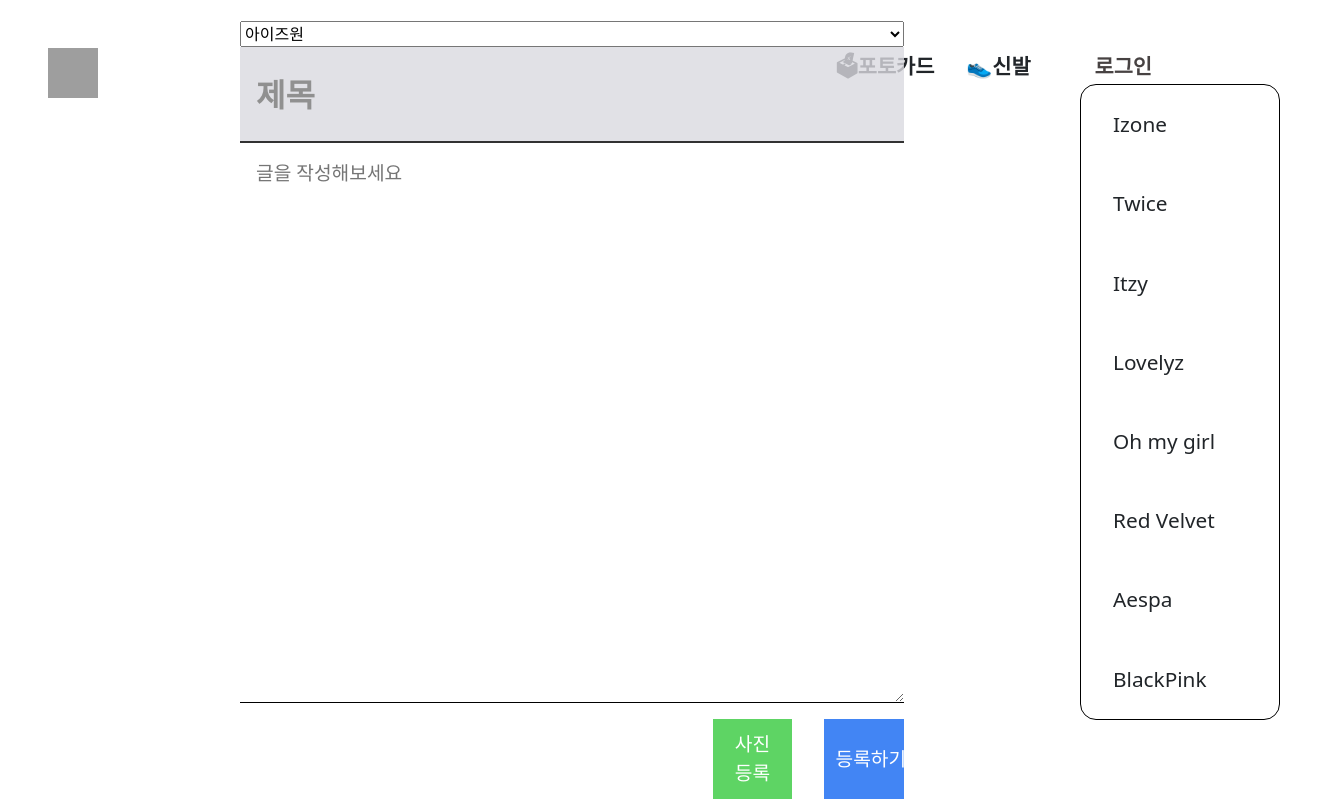
Repository: hwangstar156/goods-trader
Page: /write
An editor plug-in stored every save of this project. The page is shown before and after the next save, followed by the edit.
The browser window is 1280 px wide. The page is 1328 px wide, so the pictures cover 1328 px, including what lies to the right of the window. The pictures show the whole page.
Pictures or frames that could not be fetched are drawn as grey boxes. Some web libraries are served in a nearby version. The project was rebuilt for these pictures with package versions that can differ from the ones it lists, and the page was loaded fresh each time. Also part of the build but not shown: src/App.css, src/component/sign-up/sign-up.component.jsx, src/component/sign-in/sign-in.styles.scss, src/component/sign-in/sign-in.component.jsx, src/component/with-spinner/withSpinner.styles.scss, src/component/with-spinner/withSpinner.component.jsx, src/pages/userprofile/userprofile.styles.scss, src/pages/userprofile/userprofile.utils.js and 7 more.

Above is the page before, as saved 2021-09-05 17:16:05.

### public/index.html
<!DOCTYPE html>
<html lang="en">
  <head>
    <meta charset="utf-8" />
    <link rel="icon" href="%PUBLIC_URL%/favicon.ico" />
    <meta name="viewport" content="width=device-width, initial-scale=1" />
    <meta name="theme-color" content="#000000" />
    <meta
      name="description"
      content="Web site created using create-react-app"
    />
    <link rel="apple-touch-icon" href="%PUBLIC_URL%/logo192.png" />

    <link rel="manifest" href="%PUBLIC_URL%/manifest.json" />
    <script src="https://kit.fontawesome.com/08c91e1c0e.js" crossorigin="anonymous"></script>
    <title>Goods trader</title>
  </head>
  <body>
    <div id="root"></div>
  </body>
</html>

### src/index.js
import React from "react";
import ReactDOM from "react-dom";
import "./index.css";
import App from "./App";
import reportWebVitals from "./reportWebVitals";
import { BrowserRouter } from "react-router-dom";
import { PersistGate } from "redux-persist/integration/react";
import { store, persistor } from "./redux/store";
import { Provider } from "react-redux";
import "bootstrap/dist/css/bootstrap.min.css";
ReactDOM.render(
  <Provider store={store}>
    <BrowserRouter>
      <PersistGate persistor={persistor}>
        <App />
      </PersistGate>
    </BrowserRouter>
  </Provider>,

  document.getElementById("root")
);

// If you want to start measuring performance in your app, pass a function
// to log results (for example: reportWebVitals(console.log))
// or send to an analytics endpoint. Learn more: https://bit.ly/CRA-vitals
reportWebVitals();

### src/App.js
import "./App.css";
import { Switch, Route, Redirect } from "react-router-dom";
import SignUpPage from "./component/sign-up/sign-up.component";
import SignInPage from "./component/sign-in/sign-in.component";
import UserProfileContainer from "./pages/userprofile/userprofile.container";
import React, { useEffect } from "react";
import Header from "./component/header/header.component";
import HomePage from "./pages/homepage.component";
import { useDispatch, useSelector } from "react-redux";
import { selectCurrentUser } from "./redux/user/user.selector";
import { checkUserSession } from "./redux/user/user.action";
import WritePage from "./pages/write/write.pages";
const App = () => {
  const currentUser = useSelector(selectCurrentUser);
  const dispatch = useDispatch();

  useEffect(() => {
    dispatch(checkUserSession());
  }, [dispatch]);
  return (
    <>
      <Header />
      <Switch>
        <Route exact path="/" render={() => <HomePage />} />
        <Route exact path="/signup" component={SignUpPage} />
        <Route
          exact
          path="/signin"
          render={() => (currentUser ? <Redirect to="/" /> : <SignInPage />)}
        />
        <Route exact path="/profile" component={UserProfileContainer}></Route>
        <Route exact path="/write" component={WritePage}></Route>
      </Switch>
    </>
  );
};

export default App;

### src/redux/store.js
import { createStore, applyMiddleware } from "redux";
import logger from "redux-logger";
import { persistStore } from "redux-persist";
import rootReducer from "./root-redux";
import { composeWithDevTools } from "redux-devtools-extension";
import createSagaMiddleware from "redux-saga";
import rootSaga from "./root-saga";

const sagaMiddleware = createSagaMiddleware();
const middlewares = [logger, sagaMiddleware];

const store = createStore(
  rootReducer,
  composeWithDevTools(applyMiddleware(...middlewares))
);
sagaMiddleware.run(rootSaga);
const persistor = persistStore(store);

export { store, persistor };

### src/pages/userprofile/userprofile.container.jsx
import WithSpinner from "../../component/with-spinner/withSpinner.component";
import UserProfilePage from "./userprofile.pages";
import { compose } from "redux";
import { connect } from "react-redux";
import { createStructuredSelector } from "reselect";
import { selectUserFetching } from "../../redux/user/user.selector";

const mapStateToProps = createStructuredSelector({
  isLoading: selectUserFetching,
});

const UserProfileContainer = compose(
  connect(mapStateToProps),
  WithSpinner
)(UserProfilePage);

export default UserProfileContainer;

### src/component/header/header.component.jsx
import React from "react";
import ProfileIcon from "../userprofile/profileicon.component";
import { Link, useHistory } from "react-router-dom";
import "./header.styles.scss";
import { useSelector } from "react-redux";
import {
  selectCurrentUser,
  selectUserLoggedIn,
} from "../../redux/user/user.selector";

const Header = () => {
  const currentUser = useSelector(selectCurrentUser);
  const isLoggedIn = useSelector(selectUserLoggedIn);
  const history = useHistory();
  const handleLogoClick = () => {
    history.push("/");
  };

  return (
    <>
      <div className="header-container">
        <div className="logo" onClick={handleLogoClick}>
          <img
            src="https://www.freepnglogos.com/uploads/logo-website-png/logo-website-file-globe-icon-svg-wikimedia-commons-21.png"
            alt=""
            className="logo-img"
          />
        </div>
        <div className="header-element">
          {isLoggedIn ? (
            <Link className="header-write" to="/write">
              📝글쓰기
            </Link>
          ) : null}

          <div className="header-photocard">🗳포토카드</div>
          <div className="header-sneakers">👟신발</div>
          {currentUser ? (
            <ProfileIcon />
          ) : (
            <Link to="/signin" className="sign-in-btn">
              로그인
            </Link>
          )}
        </div>
      </div>
    </>
  );
};

export default Header;

### src/redux/user/user.selector.js
import { createSelector } from "reselect";

const selectUser = (state) => state.user;

export const selectCurrentUser = createSelector(
  [selectUser],
  (user) => user.currentUser
);

export const selectUserError = createSelector(
  [selectUser],
  (user) => user.error
);

export const selectUserFetching = createSelector(
  [selectUser],
  (user) => user.isFetching
);

export const selectUserLoggedIn = createSelector(
  [selectUser],
  (user) => user.isLoggedIn
);

### src/redux/user/user.action.js
import { UserActionTypes } from "./user.types";

export const googleSignInStart = () => ({
  type: UserActionTypes.GOOGLE_SIGN_IN_START,
});

export const emailSignInStart = (emailAndPassword) => ({
  type: UserActionTypes.EMAIL_SIGN_IN_START,
  payload: emailAndPassword,
});

export const signInSuccess = (user) => ({
  type: UserActionTypes.SIGN_IN_SUCCESS,
  payload: user,
});

export const signInFailure = (err) => ({
  type: UserActionTypes.SIGN_IN_FAILURE,
  payload: err,
});

export const checkUserSession = () => ({
  type: UserActionTypes.CHECK_USER_SESSION,
});

export const signOutStart = () => ({
  type: UserActionTypes.SIGN_OUT_START,
});

export const signOutSuccess = () => ({
  type: UserActionTypes.SIGN_OUT_SUCCESS,
});

export const signOutFailure = (err) => ({
  type: UserActionTypes.SIGN_OUT_FAILURE,
  payload: err,
});

export const signUpStart = (userObj) => ({
  type: UserActionTypes.SIGN_UP_START,
  payload: userObj,
});

export const signUpSuccess = ({ user, additionalData }) => ({
  type: UserActionTypes.SIGN_UP_SUCCESS,
  payload: { user, additionalData },
});

export const signUpFailure = (err) => ({
  type: UserActionTypes.SIGN_UP_FAILURE,
  payload: err,
});

export const refreshUserStart = () => ({
  type: UserActionTypes.REFRESH_USER_START,
});

export const refreshUserSuccess = (user) => ({
  type: UserActionTypes.REFRESH_USER_SUCCESS,
  payload: user,
});

export const refreshUserFailure = (err) => ({
  type: UserActionTypes.REFRESH_USER_FAILURE,
  payload: err,
});

### src/pages/write/write.pages.jsx
import React from "react";
import { useState } from "react";
import { useSelector } from "react-redux";
import { firestore, storageRef } from "../../firebase/firebase.utils";
import { selectCurrentUser } from "../../redux/user/user.selector";
import { v4 as uuidv4 } from "uuid";
import { useRef } from "react";
import MenuAside from "../../component/menu-aside/menu-aside.component";
import "github-markdown-css";
import "./write.styles.scss";
import { selectIdols } from "../../redux/idol/idol.selector";
const WritePage = () => {
  const imgRef = useRef(null);
  const currentUser = useSelector(selectCurrentUser);
  const idolCollection = useSelector(selectIdols);
  const [text, setText] = useState({
    headText: "",
    mainText: "",
  });
  const [file, setFile] = useState("");
  const { headText, mainText } = text;

  const onSubmit = async (e) => {
    e.preventDefault();
    let fileUrl = "";
    const fileRef = storageRef.child(`${currentUser.id}/${uuidv4()}`);
    const responce = await fileRef.put(file);

    console.log(responce);
    responce.ref.getDownloadURL().then((url) => {
      fileUrl = url;
      imgRef.current.src = url;
    });

    const writing = {
      headText,
      mainText,
      createAt: Date.now(),
      fileUrl,
    };
    firestore.collection("writings").add(writing);
    setFile("");
    setText({
      ...text,
      headText: "",
      mainText: "",
    });
  };

  const onChangeTextInput = (e) => {
    const name = e.target.name;
    setText({
      ...text,
      [name]: e.target.value,
    });
  };

  const onChangeFiles = (e) => {
    const theFile = e.target.files[0];
    if (!theFile) {
      return;
    }
    if (!theFile.type.match(/image.*/)) {
      return;
    }
    setFile(theFile);
  };

  return (
    <div className="write-container">
      <form onSubmit={onSubmit} className="inputs-form">
        <select name="idol" id="select-collection" value="아이돌">
          {idolCollection.map(({ id, title }) => (
            <option key={id} value={title}>
              {title}
            </option>
          ))}
        </select>
        <input
          type="text"
          name="headText"
          className="head-input"
          value={headText}
          placeholder="제목"
          onChange={onChangeTextInput}
        />
        <textarea
          type="text"
          placeholder="글을 작성해보세요"
          className="main-input"
          name="mainText"
          value={mainText}
          onChange={onChangeTextInput}
        />
        <input
          type="file"
          accept="image/*"
          onChange={onChangeFiles}
          className="file-input"
        />
        <footer className="footer-element">
          <button type="button" className="file-btn">
            사진 등록
          </button>
          <input type="submit" className="submit-btn" value="등록하기" />
        </footer>
      </form>
      <MenuAside className="menu-aside" />
      <div className="image-preview">
        <img src="" alt="" ref={imgRef} />
      </div>
    </div>
  );
};

export default WritePage;

### src/redux/root-redux.js
import { combineReducers } from "redux";
import { persistReducer } from "redux-persist";
import storage from "redux-persist/lib/storage";
import idolReducer from "./idol/idol.reducer";
import userReducer from "./user/user.reducer";
const persistConfig = {
  key: "root",
  storage,
  whitelist: ["cart"],
};

const rootReducer = combineReducers({
  user: userReducer,
  idol: idolReducer,
});

export default persistReducer(persistConfig, rootReducer);

### src/redux/root-saga.js
import { all, call } from "redux-saga/effects";
import { userSagas } from "./user/user.saga";
export default function* rootSaga() {
  yield all([call(userSagas)]);
}

### src/component/sign-up/sign-up.styles.scss
@import url("https://fonts.googleapis.com/css2?family=Poppins&display=swap");
@import url("https://fonts.googleapis.com/css2?family=Jua&display=swap");

* {
  box-sizing: content-box;
  margin: 0;
}
.sign-up-page {
  width: 100%;
  height: 100vh;
  font-family: "Jua", sans-serif;
  & .form-input {
    display: flex;
    flex-direction: column;
    width: 35%;
    justify-content: center;
    margin: 0 auto;
    margin-top: 4rem;
    background-color: skyblue;
    padding: 3rem;
    border-radius: 1rem;

    & h3 {
      font-size: 2rem;
      text-align: center;
      color: black;
    }

    & .sign-up-input {
      margin-top: 2rem;
      height: 3rem;
      background-color: lightgray;
      border: 1px solid black;
      border-radius: 0.5rem;
      font-size: 1rem;
      letter-spacing: 0.1rem;
      padding-left: 1rem;
      &::placeholder {
        letter-spacing: normal;
        font-size: 80%;
        opacity: 1;
      }
    }
  }

  & .sign-up-title {
    display: flex;
    font-style: italic;
    padding-top: 3rem;
    font-size: 3em;

    color: tomato;
    justify-content: center;

    & strong {
      color: blue;
    }
  }

  & .submit-btn {
    width: 20%;
    margin: 4rem auto 0 auto;
    padding: 1rem;
    border-radius: 1.5rem;
    border: transparent;
    background-color: #4285f4;
    color: white;
    font-size: 1rem;

    &:hover {
      cursor: pointer;
      background-color: #357ae8;
    }
  }
}

### src/component/header/header.styles.scss
@import url("https://fonts.googleapis.com/css2?family=Jua&display=swap");

.header-container {
  display: flex;
  position: relative;
  left: 3rem;
  top: 3rem;
  & .logo-img {
    width: 50px;
    height: 50px;
    cursor: pointer;
  }

  & .header-element {
    display: flex;
    position: absolute;
    right: 11rem;
    font-size: 1.3rem;
    line-height: 40px;
    font-weight: 600;
    font-family: "Jua", sans-serif;

    & .header-write {
      text-decoration: none;
      color: rgb(71, 66, 66);
    }

    & .sign-in-btn {
      text-decoration: none;
      color: rgb(71, 66, 66);
    }
    & .header-write {
      margin-right: 2rem;
    }

    & .header-photocard {
      margin-right: 2rem;
    }

    & .header-sneakers {
      margin-right: 4rem;
    }
  }
}

### src/redux/user/user.types.js
export const UserActionTypes = {
  GOOGLE_SIGN_IN_START: "GOOGLE_SIGN_IN_START",
  EMAIL_SIGN_IN_START: "EMAIL_SIGN_IN_START",
  SIGN_IN_SUCCESS: "SIGN_IN_SUCCESS",
  SIGN_IN_FAILURE: "SIGN_IN_FAILURE",
  CHECK_USER_SESSION: "CHECK_USER_SESSION",
  SIGN_OUT_START: "SIGN_OUT_START",
  SIGN_OUT_SUCCESS: "SIGN_OUT_SUCCESS",
  SIGN_OUT_FAILURE: "SIGN_OUT_FAILURE",
  SIGN_UP_START: "SIGN_UP_START",
  SIGN_UP_SUCCESS: "SIGN_UP_SUCCESS",
  SIGN_UP_FAILURE: "SIGN_UP_FAILURE",
  CHANGE_USER_IMAGE: "CHANGE_USER_IMAGE",
  REFRESH_USER_START: "REFRESH_USER_START",
  REFRESH_USER_SUCCESS: "REFRESH_USER_REFRESH_USER_SUCCESS",
  REFRESH_USER_FAILURE: "REFRESH_USER_FAILURE",
};

### src/component/menu-aside/menu-aside.component.jsx
import React from "react";
import "./menu-aside.styles.scss";
const MenuAside = () => {
  return (
    <aside>
      <ul className="menu-aside">
        <li>Izone</li>
        <li>Twice</li>
        <li>Itzy</li>
        <li>Lovelyz</li>
        <li>Oh my girl</li>
        <li>Red Velvet</li>
        <li>Aespa</li>
        <li>BlackPink</li>
      </ul>
    </aside>
  );
};

export default MenuAside;

### src/pages/write/write.styles.scss
.write-container {
  height: 100vh;
  display: flex;
  justify-content: center;
  align-items: center;



  & .inputs-form {
    display: flex;
    flex-direction: column;
    margin-left: 15rem;
    margin-right: 6rem;
    width: 900px;
    & .head-input {
      height: 6rem;
      border: none;
      border-bottom: 2px solid black;
      background-color: rgb(218, 218, 224);
      opacity: 0.8;
      padding-left: 1rem;
      font-weight: 600;
      font-size: 2rem;
      &:focus {
        outline: none;
      }
    }

    & .main-input {
      border: none;
      border-bottom: 1px solid black;
      height: 35rem;
      padding: 1rem 0 0 1rem;
      font-size: 1.2rem;
      &:focus {
        outline: none;
      }
    }

     & .file-input{
         display: none;
     }
    & .footer-element{
        display: flex;
        & .file-btn{
            width: 12%;
            padding: 0.7rem;
            margin-left: auto;
            margin-top: 1rem;
            margin-right: 2rem;
            color: white;
            border: none;
            font-size: 1.2rem;
            background-color: #5ed464;
            &:hover{
                background-color: #45be4b;
            }
        }
        & .submit-btn{
            width: 12%;
            padding: 0.7rem;
            margin-top: 1rem;
            color: white;
            border: none;
            font-size: 1.2rem;
            background-color: #4285f4;
            &:hover{
                background-color: #357ae8;
            }
        }
    }
  }
}

### src/redux/idol/idol.selector.js
import { createSelector } from "reselect";

const selectIdol = (state) => state.idol;

export const selectIdols = createSelector(
  [selectIdol],
  (idol) => idol.sections
);

### src/redux/idol/idol.reducer.js
import idolData from "./idol.data";
import IdolTypeActions from "./idol.type";
const idolReducer = (state = idolData, action) => {
  switch (action.type) {
    case IdolTypeActions.CHANGE_IMAGE_SIZE:
      return {
        ...state,
        imageUrl: action.payload,
      };
    default:
      return state;
  }
};

export default idolReducer;

### src/redux/user/user.reducer.js
import { UserActionTypes } from "./user.types";

const INITIAL_STATE = {
  currentUser: null,
  error: null,
  isFetching: true,
  isLoggedIn: false,
};

const userReducer = (state = INITIAL_STATE, action) => {
  switch (action.type) {
    case UserActionTypes.REFRESH_USER_START:
    case UserActionTypes.CHECK_USER_SESSION:
      return {
        ...state,
        isFetching: true,
      };
    case UserActionTypes.REFRESH_USER_SUCCESS:
    case UserActionTypes.SIGN_IN_SUCCESS:
      return {
        ...state,
        currentUser: action.payload,
        error: null,
        isFetching: false,
        isLoggedIn: true,
      };
    case UserActionTypes.SIGN_OUT_SUCCESS:
      return {
        ...state,
        currentUser: null,
        error: null,
        isLoggedIn: false,
      };
    case UserActionTypes.REFRESH_USER_FAILURE:
    case UserActionTypes.SIGN_IN_FAILURE:
    case UserActionTypes.SIGN_OUT_FAILURE:
    case UserActionTypes.SIGN_UP_FAILURE:
      return {
        ...state,
        error: action.payload,
      };
    default:
      return state;
  }
};

export default userReducer;

### src/component/menu-aside/menu-aside.styles.scss
.menu-aside {
    list-style: none;
    min-width: 200px;
    margin-left: 5rem;
    border-radius: 1rem;
    border: 1px solid black;
    padding-left: 0;

    & li {
        margin-left: 0;
      padding: 1.5rem 0 1.5rem 2rem;
      font-size: 1.3rem;
      border-radius: 1rem;
      &:hover{
          background-color: rgb(169, 169, 255);
          color: white;
        cursor:pointer;
      }
    }
  }

### src/redux/idol/idol.data.js
const idolData = {
  sections: [
    {
      title: "아이즈원",
      imageUrl:
        "https://data.ygosu.com/editor/attach/20190226/20190226183618_zltermyq.png",
      id: 1,
      linkUrl: "collection/izone",
    },
    {
      title: "트와이스",
      imageUrl: "https://pbs.twimg.com/media/Cy3Wj-5UAAAnKhC.jpg",
      id: 2,
      linkUrl: "collection/twice",
    },
    {
      title: "itzy",
      imageUrl: "https://t1.daumcdn.net/cfile/tistory/998490455C7ABBF703",
      id: 3,
      linkUrl: "collection/itzy",
    },
    {
      title: "러블리즈",
      imageUrl: "https://pbs.twimg.com/media/DNoNIHMUEAAQRai.jpg:large",
      id: 4,
      linkUrl: "collection/lovelyz",
    },
    {
      title: "오마이걸",
      imageUrl:
        "https://blog.kakaocdn.net/dn/tegj9/btqyuFpCiAj/KCKVi3ABV1KA1duQLSm1c1/img.jpg",
      id: 5,
      linkUrl: "collection/omygirl",
    },
    {
      title: "레드벨벳",
      imageUrl:
        "https://blog.kakaocdn.net/dn/bvtVxD/btqMfhWcXgE/anTtVfo6r12XiVNOLuhlkK/img.png",
      id: 6,
      linkUrl: "collection/redvelvet",
    },
    {
      title: "에스파",
      imageUrl: "https://pbs.twimg.com/media/Er64LL-VQAA708Y.jpg",
      id: 7,
      linkUrl: "collection/aespa",
    },
    {
      title: "블랙핑크",
      imageUrl:
        "https://www.wallpapertip.com/wmimgs/96-966442_blackpink-hd.jpg",
      id: 8,
      linkUrl: "collection/blackpink",
    },
  ],
};

export default idolData;

### src/redux/idol/idol.type.js
const IdolTypeActions = {
  CHANGE_IMAGE_SIZE: "CHANGE_IMAGE_SIZE",
};

export default IdolTypeActions;

### src/menu-item/menu-item.styles.scss
* {
  box-sizing: content-box;
  margin: 0;
}

.menu-item {
  overflow: hidden;
  min-width: 30%;
  &:hover {
    cursor: pointer;

    & .background-image {
      transform: scale(1.04);
      transition: transform 2s cubic-bezier(0.25, 0.45, 0.45, 0.95);

      & .content {
        opacity: 0.9;
      }
    }
  }
  & .background-image {
    position: relative;
    height: 700px;

    background-size: cover;
    background-repeat: no-repeat;
    background-position: center;

    & .content {
      position: absolute;
      width: 7.5rem;
      height: 7.5rem;
      display: flex;
      flex-direction: column;
      align-items: center;
      justify-content: center;
      border: 1px solid black;
      top: 50%;
      left: 50%;
      background-color: white;
      opacity: 0.7;
      transform: translate(-50%, -50%);
      border-radius: 0.5rem;
      & .title {
        font-weight: bold;
        margin: 0 3px 0;
        font-size: 20px;
        color: #4a4a4a;
        font-family: sans-serif;
      }
    }
  }
}

Loaded but not shown: src/index.css (common file); src/reportWebVitals.js (common file); src/redux/user/user.saga.js (119 lines, source omitted); src/firebase/firebase.utils.js (87 lines, source omitted)

After the next save:
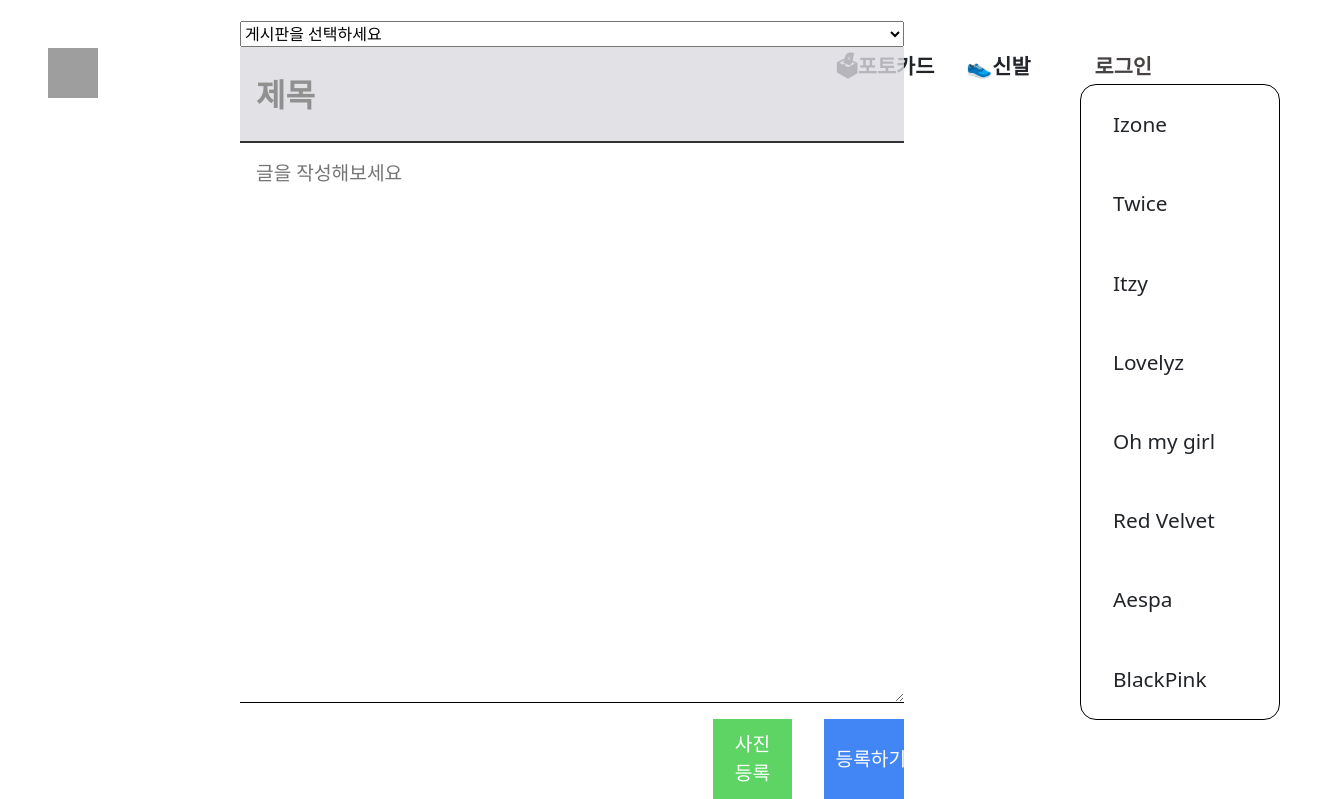
Saved 36 s later.
--- a/src/pages/write/write.pages.jsx
+++ b/src/pages/write/write.pages.jsx
@@ -70,6 +70,7 @@ const WritePage = () => {
     <div className="write-container">
       <form onSubmit={onSubmit} className="inputs-form">
         <select name="idol" id="select-collection" value="아이돌">
+          <option>게시판을 선택하세요</option>
           {idolCollection.map(({ id, title }) => (
             <option key={id} value={title}>
               {title}
